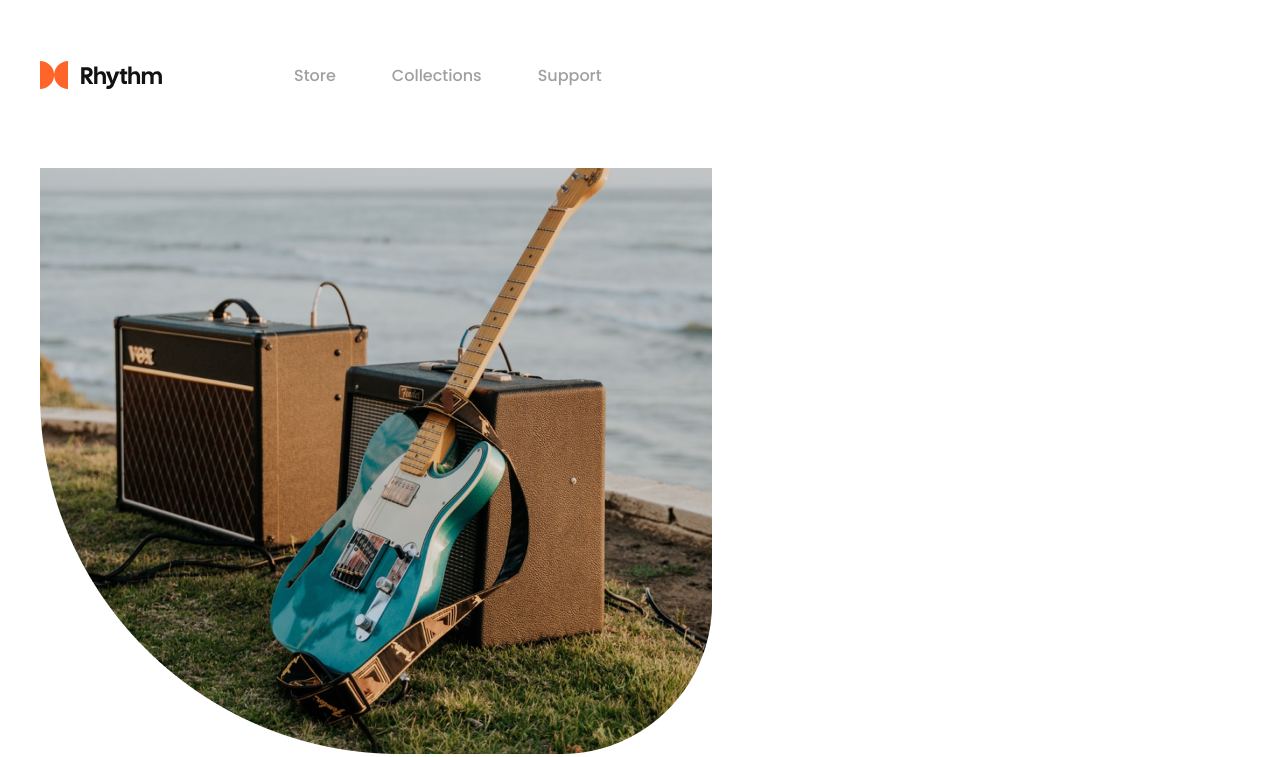
Repository: Ed-Lubenets/website_guitar
Page: index.html
The author's editor kept a copy of each file at every save. The page is drawn from the files as they stood at one save, then again after the next save.
The browser window is 1280 px wide. The pictures show the whole page.

Above is the page before, as saved 2023-01-02 14:53:51.

After the next save:
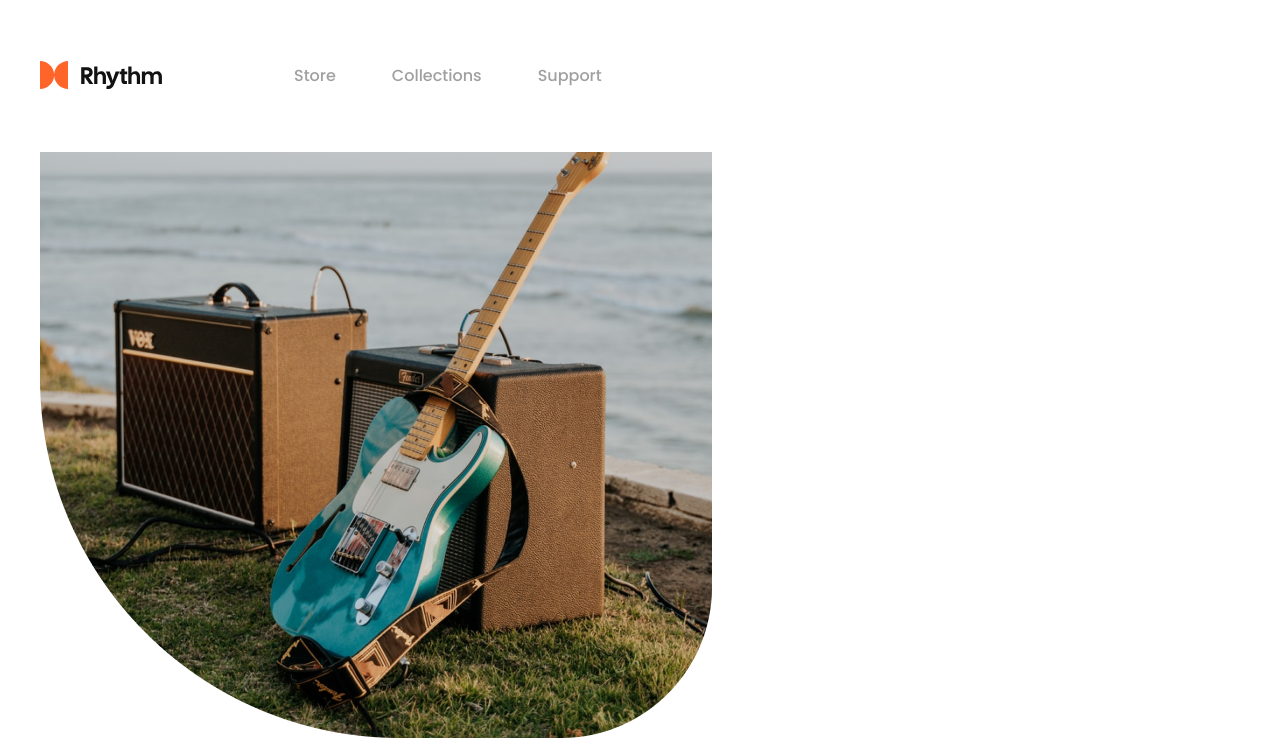
Saved 21 s later.
--- a/index.html
+++ b/index.html
@@ -34,7 +34,7 @@
                         <h1 class="main__title"></h1>
                         <p class="main__text"></p>
                         <div class="main__actions actions-main">
-                            <button class="actions-main__button"></button>
+                            <a class="actions-main__button"></a>
                         </div>
                     </div>
                     <div class="main__decor decor-main">

After the 3 saves that followed:
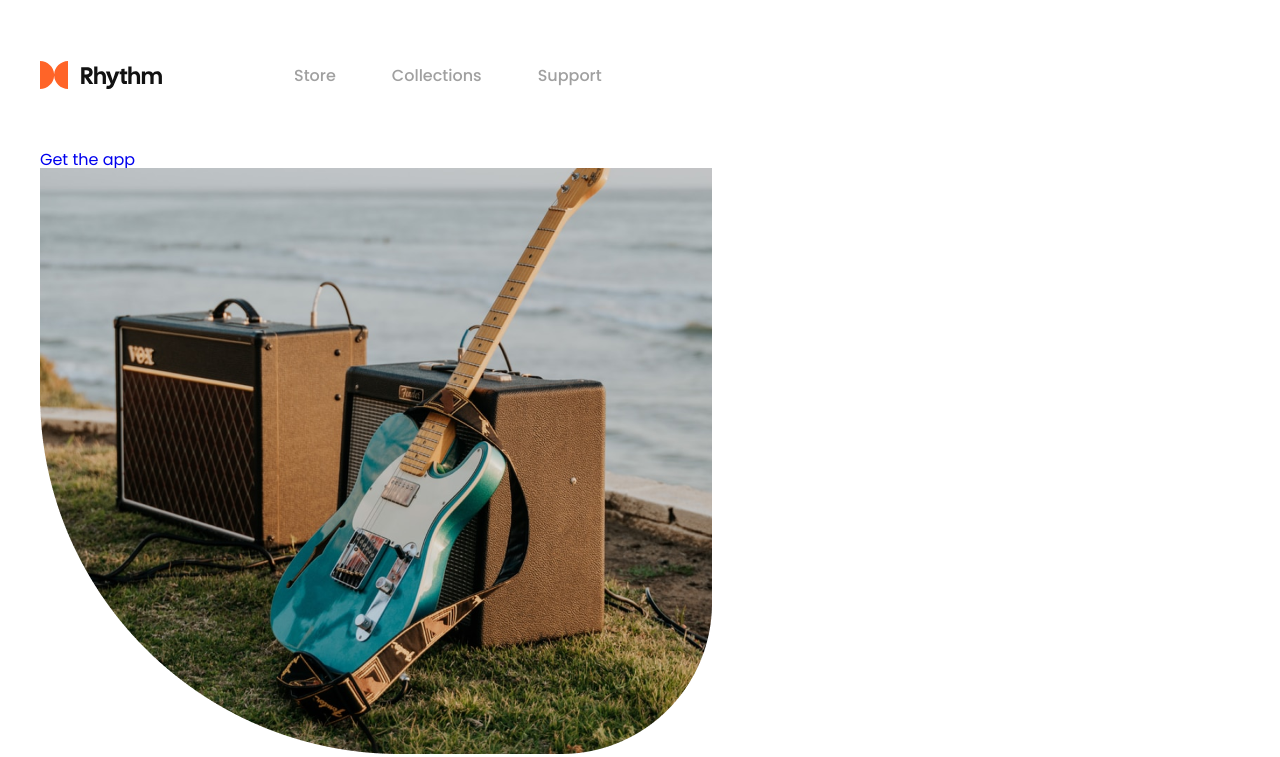
The 3 saves are shown as one change because 2 left the picture as it was.
The last was saved 22 s later.
--- a/index.html
+++ b/index.html
@@ -34,7 +34,7 @@
                         <h1 class="main__title"></h1>
                         <p class="main__text"></p>
                         <div class="main__actions actions-main">
-                            <a class="actions-main__button"></a>
+                            <a href="#" class="actions-main__button">Get the app</a>
                         </div>
                     </div>
                     <div class="main__decor decor-main">
